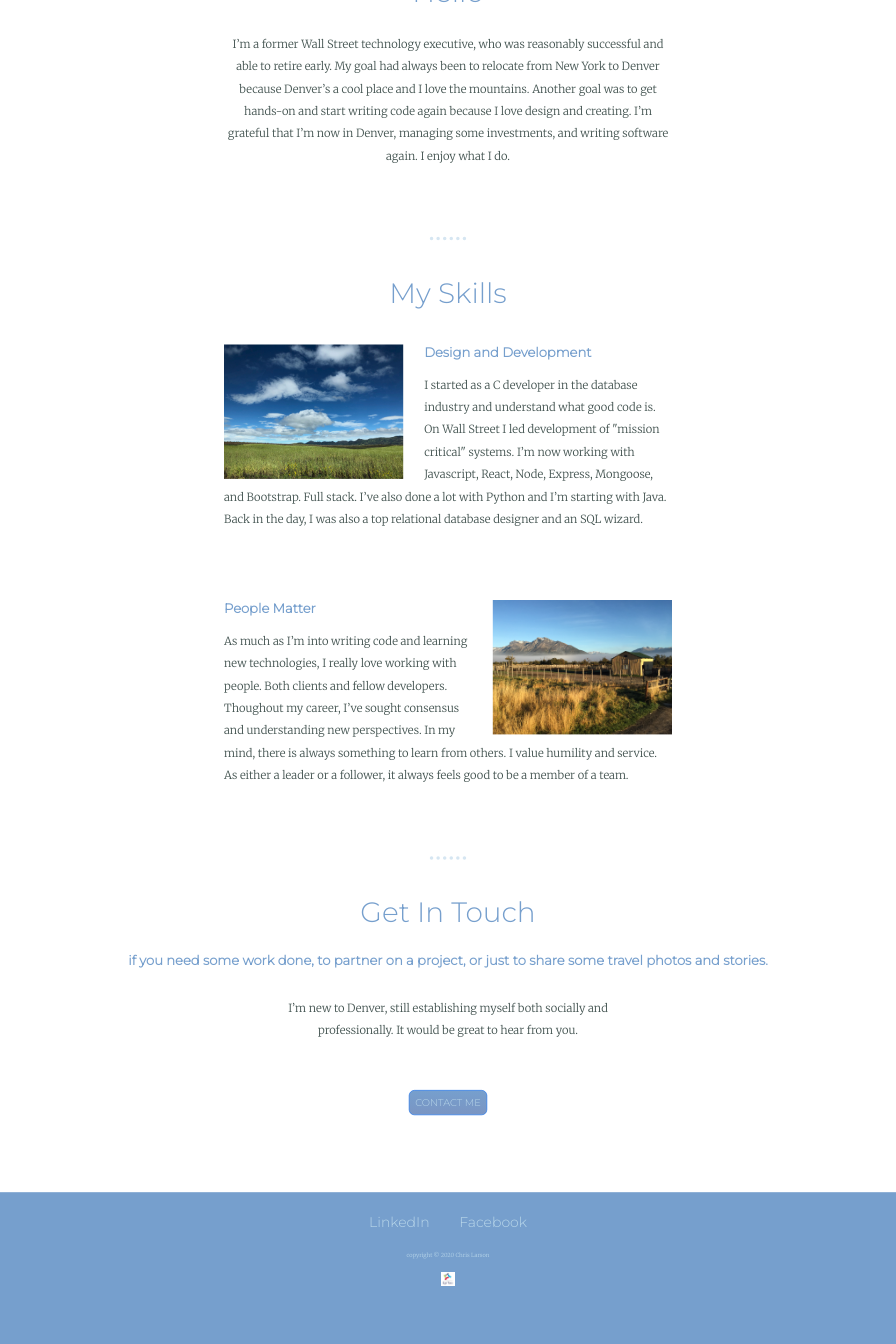
Repository: EpiTao-LLC/Personal_web_page
Page: index.html
The author's editor kept a copy of each file at every save. The page is drawn from the files as they stood at one save, then again after the next save.
The browser window is 1280 px wide. The pictures show the part of the page from y = 1483 to 3403 px (the page is 3403 px tall before and 3371 px after), at 70% of full size.

Above is the page before, as saved 2020-08-30 14:28:06.

After the next save:
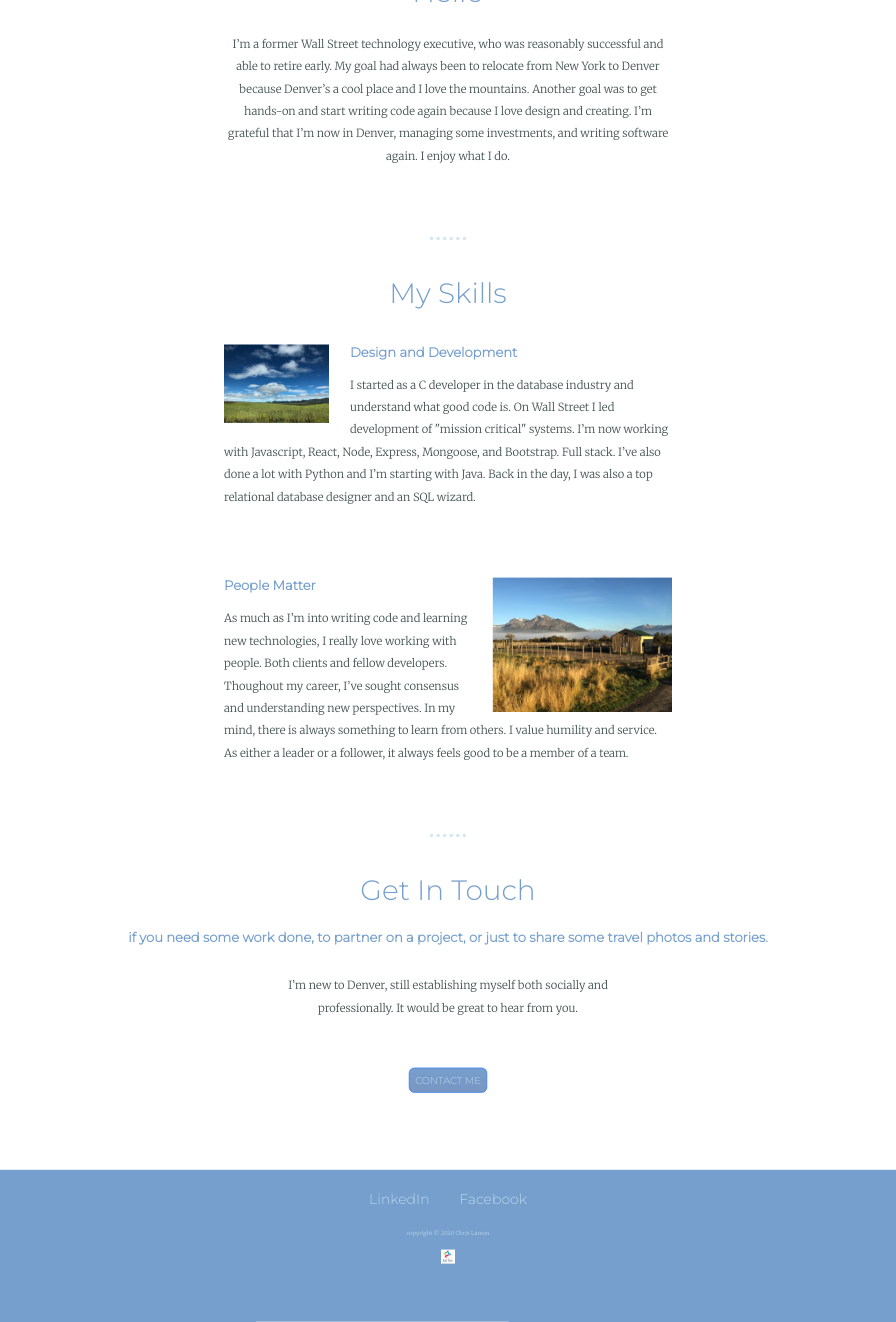
Saved 9 min 58 s later.
--- a/css/styles.css
+++ b/css/styles.css
@@ -141,8 +141,10 @@
     float: fit-content;
 }
 .skills-img-1 {
-    width: 40%;
-    height: 40%;
+    /* width: 40%;
+    height: 40%; */
+    width: 150px;
+    height 150px;
     float: left;
     margin-right: 30px;
 }

After the save that followed:
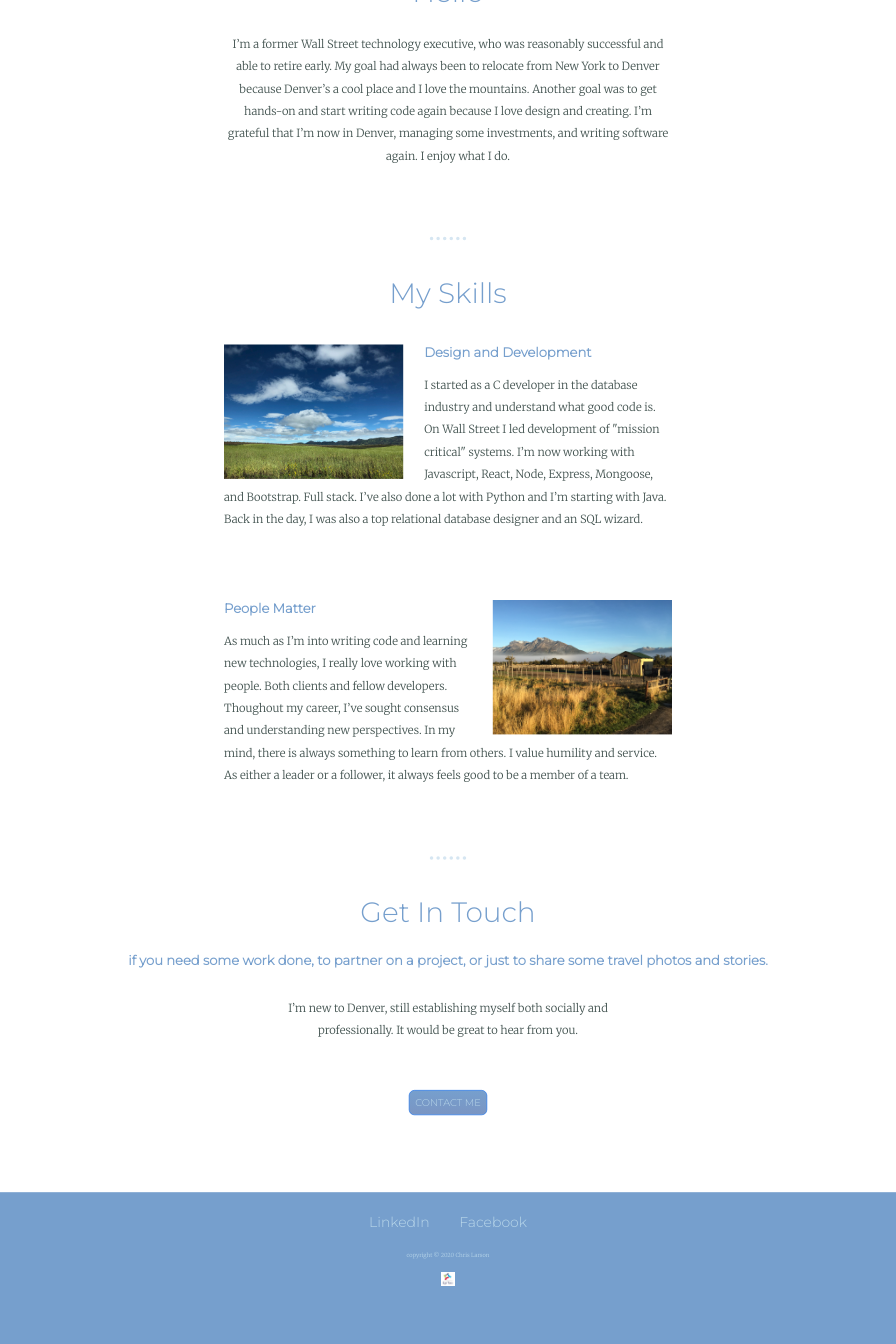
Saved 96 s later.
--- a/css/styles.css
+++ b/css/styles.css
@@ -141,10 +141,8 @@
     float: fit-content;
 }
 .skills-img-1 {
-    /* width: 40%;
-    height: 40%; */
-    width: 150px;
-    height 150px;
+    width: 40%;
+    height: 40%;
     float: left;
     margin-right: 30px;
 }
